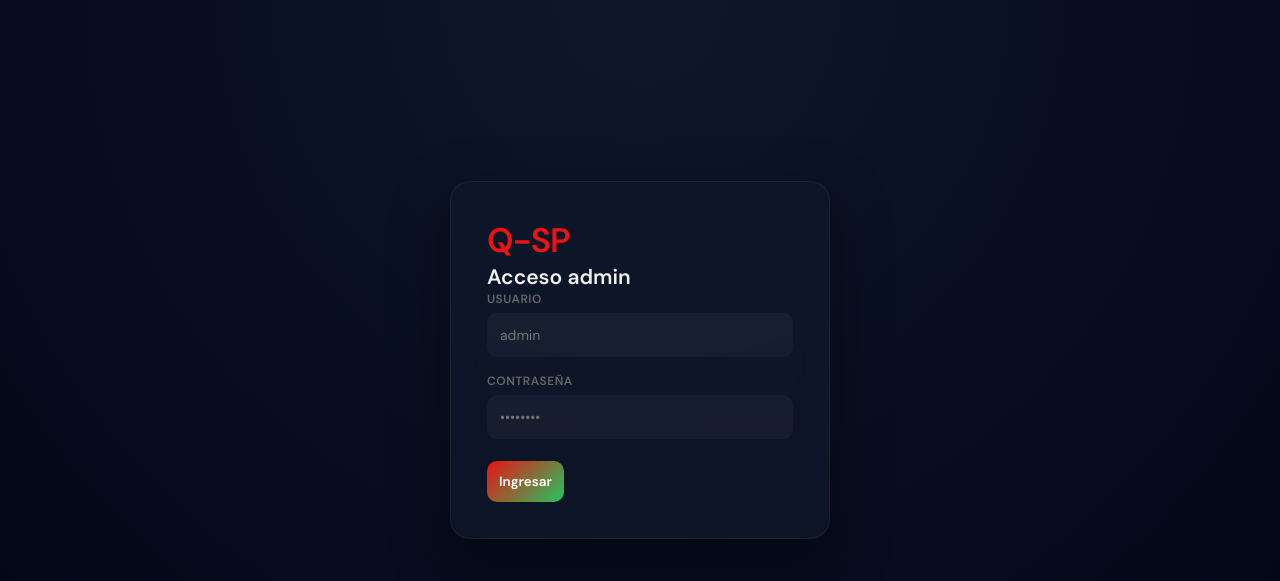
Repository: JhonnyDiaz4753/Admin_Q_sopa
Page: /categorias
The author's editor kept a copy of each file at every save. The page is drawn from the files as they stood at one save, then again after the next save.
The browser window is 1280 px wide. The pictures show the whole page.
The project was rebuilt for these pictures with package versions that can differ from the ones it lists, and the page was loaded fresh each time. Also part of the build but not shown: vite.config.js, src/components/Sidebar/Sidebar.css, src/components/Sidebar/Sidebar.jsx, src/components/Topbar/Topbar.css, src/components/Topbar/Topbar.jsx, src/components/AdminLayout.css, src/components/AdminLayout.jsx, src/components/Dashboard/Dashboard.css and 11 more.

Above is the page before, as saved 2026-03-18 15:03:01.

### index.html
<!doctype html>
<html lang="en">
  <head>
    <meta charset="UTF-8" />
    <link rel="icon" type="image/svg+xml" href="src/assets/logo_Q-spoa.jpg" />
    <meta name="viewport" content="width=device-width, initial-scale=1.0" />
    <title>admin-q-sopa</title>
    <!-- Material Symbols -->
    <link
      href="https://fonts.googleapis.com/css2?family=Material+Symbols+Outlined:opsz,wght,FILL,GRAD@20..48,100..700,0..1,-50..200"
      rel="stylesheet"
    />
    <!-- Google Fonts -->
    <link
      href="https://fonts.googleapis.com/css2?family=DM+Sans:wght@300;400;500;600&family=DM+Mono:wght@400;500&display=swap"
      rel="stylesheet"
    />
  </head>
  <body>
    <div id="root"></div>
    <script type="module" src="/src/main.jsx"></script>
  </body>
</html>

### src/main.jsx
import { StrictMode } from 'react'
import { createRoot } from 'react-dom/client'
import "./index.css"
import "./theme.css"
import App from './App.jsx'

createRoot(document.getElementById('root')).render(
  <StrictMode>
    <App />
  </StrictMode>,
)

### src/index.css
/* Reset limpio — todo lo maneja theme.css */
*, *::before, *::after {
  box-sizing: border-box;
  margin: 0;
  padding: 0;
}

### src/theme.css

:root {
  --accent:          #ec1313;
  --accent-hover:    #c40b0b;
  --accent-soft:     rgba(236,19,19,0.10);
  --accent-glow:     rgba(236,19,19,0.25);

  --bg-page:         #0f0f0f;
  --bg-sidebar:      #141414;
  --bg-card:         #1a1a1a;
  --bg-element:      #222222;
  --bg-input:        #1e1e1e;

  --border:          #2a2a2a;
  --border-light:    #333333;

  --text-1:          #f0f0f0;
  --text-2:          #aaaaaa;
  --text-3:          #666666;

  --success:         #22c55e;
  --warning:         #f59e0b;
  --info:            #3b82f6;

  --sidebar-w:       240px;
  --topbar-h:        64px;
  --radius:          10px;
  --radius-lg:       16px;

  --font-main:       'DM Sans', sans-serif;
  --font-mono:       'DM Mono', monospace;

  --transition:      background-color 0.25s ease, color 0.25s ease, border-color 0.25s ease;
}

html.light {
  --bg-page:         #f2f2f0;
  --bg-sidebar:      #ffffff;
  --bg-card:         #ffffff;
  --bg-element:      #f0f0ee;
  --bg-input:        #f7f7f5;

  --border:          #e5e5e0;
  --border-light:    #d8d8d3;

  --text-1:          #111111;
  --text-2:          #555555;
  --text-3:          #999999;
}

*, *::before, *::after {
  box-sizing: border-box;
  margin: 0;
  padding: 0;
  transition: var(--transition);
}

body {
  font-family: var(--font-main);
  background: var(--bg-page);
  color: var(--text-1);
  min-height: 100vh;
  font-size: 14px;
  -webkit-font-smoothing: antialiased;
}

#root {

  min-height: 100vh;
}

button { font-family: var(--font-main); cursor: pointer; }
input, select, textarea { font-family: var(--font-main); }
a { text-decoration: none; color: inherit; }

### src/App.jsx
import { useState } from "react";
import { BrowserRouter, Routes, Route } from "react-router-dom";
import "./theme.css";
import AdminLayout  from "./components/AdminLayout";
import Dashboard    from "./components/Dashboard/Dashboard";
import Categorias   from "./components/Categorias/Categorias";
import Productos    from "./components/Productos/Productos";
import Ingredientes from "./components/Ingredientes/Ingredientes";
import POS          from "./components/POS/POS";
import Ventas       from "./components/Ventas/Ventas";
import Login        from "./components/Login/Login";
import { ToastContainer } from "react-toastify";
import { useTheme } from "./hooks/useTheme";

function App() {
  const { theme } = useTheme();

  // Verifica si ya hay token guardado al cargar la app
  const [auth, setAuth] = useState(
    () => !!localStorage.getItem("admin-token")
  );

  const handleLogin = () => setAuth(true);

  const handleLogout = () => {
    localStorage.removeItem("admin-token");
    setAuth(false);
  };

  // Si no está autenticado → pantalla de login
  if (!auth) {
    return (
      <>
        <ToastContainer
          position="bottom-right"
          autoClose={3000}
          hideProgressBar={false}
          newestOnTop
          closeOnClick
          pauseOnHover
          theme={theme}
        />
        <Login onLogin={handleLogin} />
      </>
    );
  }

  // Si está autenticado → app completa
  return (
    <BrowserRouter>
      <ToastContainer
        position="bottom-right"
        autoClose={3000}
        hideProgressBar={false}
        newestOnTop
        closeOnClick
        pauseOnHover
        theme={theme}
      />
      <Routes>
        <Route element={<AdminLayout onLogout={handleLogout} />}>
          <Route index               element={<Dashboard />}    />
          <Route path="pos"          element={<POS />}          />
          <Route path="productos"    element={<Productos />}    />
          <Route path="categorias"   element={<Categorias />}   />
          <Route path="ingredientes" element={<Ingredientes />} />
          <Route path="ventas"       element={<Ventas />}       />
        </Route>
      </Routes>
    </BrowserRouter>
  );
}

export default App;

### src/components/Login/Login.jsx
import { useState } from "react";
import { login } from "../../services/api";
import "./Login.css";

export default function Login({ onLogin }) {
  const [form,  setForm]  = useState({ username: "", password: "" });
  const [error, setError] = useState(null);
  const [loading, setLoading] = useState(false);

  const handleSubmit = async e => {
    e.preventDefault();
    setLoading(true);
    setError(null);
    try {
      const data = await login(form.username, form.password);
      if (data.token) {
        localStorage.setItem("admin-token", data.token);
        onLogin();
      } else {
        setError(data.error ?? "Credenciales inválidas");
      }
    } catch {
      setError("Error de conexión");
    } finally {
      setLoading(false);
    }
  };

  return (
    <div className="login-wrapper">
      <div className="login-card">
        <div className="login-brand">Q-SP</div>
        <h2 className="login-title">Acceso admin</h2>
        <form onSubmit={handleSubmit}>
          <div className="form-group">
            <label className="form-label">Usuario</label>
            <input className="form-input" required
              value={form.username}
              onChange={e => setForm(f => ({ ...f, username: e.target.value }))}
              placeholder="admin" />
          </div>
          <div className="form-group">
            <label className="form-label">Contraseña</label>
            <input className="form-input" type="password" required
              value={form.password}
              onChange={e => setForm(f => ({ ...f, password: e.target.value }))}
              placeholder="••••••••" />
          </div>
          {error && <p className="login-error">{error}</p>}
          <button className="btn btn-primary login-btn" disabled={loading}>
            {loading ? "Verificando..." : "Ingresar"}
          </button>
        </form>
      </div>
    </div>
  );
}

### src/hooks/useTheme.js
import { useState, useEffect } from "react";

export function useTheme() {
  const [theme, setTheme] = useState(
    () => localStorage.getItem("admin-theme") ?? "dark"
  );

  useEffect(() => {
    document.documentElement.classList.toggle("light", theme === "light");
    localStorage.setItem("admin-theme", theme);
  }, [theme]);

  const toggle = () => setTheme(t => t === "dark" ? "light" : "dark");

  return { theme, toggle };
}

### src/services/api.js
const BASE = "https://apiqsp-production.up.railway.app";

const getToken = () => localStorage.getItem("admin-token");

// ── Un solo sistema de fetch que siempre envía el token ──────
const req = async (url, opts = {}) => {
  const res = await fetch(`${BASE}${url}`, {
    ...opts,
    headers: {
      "Content-Type": "application/json",
      ...(getToken() && { Authorization: `Bearer ${getToken()}` }),
      ...opts.headers,
    },
  });

  if (res.status === 401) {
    localStorage.removeItem("admin-token");
    window.location.href = "/";
    throw new Error("No autorizado");
  }

  if (!res.ok) throw new Error(res.statusText);

  const text = await res.text();
  return text ? JSON.parse(text) : true;
};

const get  = url         => req(url);
const post = (url, body) => req(url, { method: "POST",   body: JSON.stringify(body) });
const put  = (url, body) => req(url, { method: "PUT",    body: JSON.stringify(body) });
const del  = url         => req(url, { method: "DELETE" });

// ── Auth (sin token) ─────────────────────────────────────────
export const login = (username, password) =>
  fetch(`${BASE}/api/auth/login`, {
    method: "POST",
    headers: { "Content-Type": "application/json" },
    body: JSON.stringify({ username, password }),
  }).then(r => r.json());

// ── Categorías ───────────────────────────────────────────────
export const getCategories  = ()      => get("/categories");
export const createCategory = data    => post("/categories", data);
export const updateCategory = (id, d) => put(`/categories/${id}`, d);
export const deleteCategory = id      => del(`/categories/${id}`);

// ── Productos ────────────────────────────────────────────────
export const getProducts           = ()      => get("/products");
export const getProductsByCategory = id      => get(`/products/category/${id}`);
export const createProduct         = data    => post("/products", data);
export const updateProduct         = (id, d) => put(`/products/${id}`, d);
export const deleteProduct         = id      => del(`/products/${id}`);
export const getProductById        = id      => get(`/products/${id}`);

// ── Ingredientes globales ────────────────────────────────────
export const getIngredientsList = ()      => get("/ingredients");
export const createIngredient   = data    => post("/ingredients", data);
export const updateIngredient   = (id, d) => put(`/ingredients/${id}`, d);
export const deleteIngredient   = id      => del(`/ingredients/${id}`);

// ── Ingredientes por producto ────────────────────────────────
export const getProductIngredients   = prodId      => get(`/products/${prodId}/ingredients`);
export const addProductIngredient    = (prodId, d) => post(`/products/${prodId}/ingredients`, d);
export const removeProductIngredient = (prodId, id)=> del(`/products/${prodId}/ingredients/${id}`);

// ── Ventas ───────────────────────────────────────────────────
export const getSales    = ()    => get("/api/sales");
export const getSaleById = id    => get(`/api/sales/${id}`);
export const createSale  = data  => post("/api/sales", data);

// ── Dashboard ────────────────────────────────────────────────
export const getDashboardStats    = () => get("/api/dashboard/stats");
export const getWeeklyData        = () => get("/api/dashboard/weekly");
export const getMonthComparison   = () => get("/api/dashboard/comparison");
export const getRevenueByCategory = () => get("/api/dashboard/by-category");

### src/components/shared/Modal.css
.modal-overlay {
  position: fixed; inset: 0;
  background: rgba(0,0,0,0.7);
  backdrop-filter: blur(4px);
  z-index: 200;
  display: flex; align-items: center; justify-content: center;
  padding: 20px;
  animation: fadeIn 0.15s ease;
}
@keyframes fadeIn { from { opacity: 0; } to { opacity: 1; } }

.modal-box {
  background: var(--bg-card);
  border: 1px solid var(--border-light);
  border-radius: var(--radius-lg);
  width: 100%; max-width: 480px;
  max-height: 90vh; overflow-y: auto;
  scrollbar-width: none;
  animation: slideUp 0.2s cubic-bezier(0.34,1.56,0.64,1);
}
.modal-box::-webkit-scrollbar { display: none; }
@keyframes slideUp {
  from { opacity: 0; transform: scale(0.94) translateY(16px); }
  to   { opacity: 1; transform: scale(1) translateY(0); }
}

.modal-header {
  display: flex; align-items: center; justify-content: space-between;
  padding: 20px 24px 16px;
  border-bottom: 1px solid var(--border);
}
.modal-title { font-size: 16px; font-weight: 600; color: var(--text-1); }
.modal-close {
  width: 32px; height: 32px; border-radius: 50%;
  background: var(--bg-element); border: none;
  color: var(--text-2); display: flex; align-items: center; justify-content: center;
  transition: all 0.2s;
}
.modal-close:hover { background: var(--accent); color: white; transform: rotate(90deg); }
.modal-close .material-symbols-outlined { font-size: 18px; }

.modal-body { padding: 20px 24px 24px; }

/* Form styles reutilizables */
.form-group {
  display: flex; flex-direction: column; gap: 6px;
  margin-bottom: 16px;
}
.form-group:last-child { margin-bottom: 0; }
.form-label {
  font-size: 12px; font-weight: 600;
  color: var(--text-2); text-transform: uppercase; letter-spacing: 0.5px;
}
.form-input, .form-select, .form-textarea {
  background: var(--bg-input);
  border: 1px solid var(--border);
  border-radius: var(--radius);
  padding: 10px 12px;
  color: var(--text-1);
  font-size: 14px;
  outline: none;
  transition: border-color 0.2s;
  width: 100%;
}
.form-input:focus, .form-select:focus, .form-textarea:focus {
  border-color: var(--accent);
}
.form-textarea { resize: vertical; min-height: 80px; }
.form-select option { background: var(--bg-card); }

.form-row { display: grid; grid-template-columns: 1fr 1fr; gap: 12px; }

.form-toggle {
  display: flex; align-items: center; gap: 10px;
  padding: 10px 0;
}
.toggle-switch {
  position: relative; width: 40px; height: 22px;
}
.toggle-switch input { opacity: 0; width: 0; height: 0; }
.toggle-slider {
  position: absolute; inset: 0;
  background: var(--bg-element);
  border: 1px solid var(--border);
  border-radius: 22px;
  cursor: pointer;
  transition: 0.2s;
}
.toggle-slider::before {
  content: "";
  position: absolute;
  width: 16px; height: 16px;
  left: 2px; top: 2px;
  background: var(--text-3);
  border-radius: 50%;
  transition: 0.2s;
}
.toggle-switch input:checked + .toggle-slider { background: var(--accent); border-color: var(--accent); }
.toggle-switch input:checked + .toggle-slider::before { transform: translateX(18px); background: white; }
.toggle-label { font-size: 14px; color: var(--text-1); }

.form-actions {
  display: flex; gap: 10px; justify-content: flex-end;
  margin-top: 20px; padding-top: 16px;
  border-top: 1px solid var(--border);
}
.btn { padding: 9px 20px; border-radius: var(--radius); font-size: 13.5px; font-weight: 500; border: none; transition: all 0.2s; }
.btn-primary { background: var(--accent); color: white; }
.btn-primary:hover { background: var(--accent-hover); }
.btn-secondary { background: var(--bg-element); color: var(--text-1); border: 1px solid var(--border); }
.btn-secondary:hover { border-color: var(--border-light); }
.btn-danger { background: rgba(239,68,68,0.1); color: #ef4444; border: 1px solid rgba(239,68,68,0.2); }
.btn-danger:hover { background: #ef4444; color: white; }

### src/components/Login/Login.css
.login-wrapper {
  min-height: 100vh;
  background: radial-gradient(circle at top, #0f172a, #020617);
  display: flex;
  align-items: center;
  justify-content: center;
  padding: 20px;
}

/* CARD */
.login-card {
  background: rgba(15, 23, 42, 0.75);
  backdrop-filter: blur(16px);
  border: 1px solid rgba(255,255,255,0.06);
  border-radius: 20px;
  padding: 36px;
  width: 100%;
  max-width: 380px;
  box-shadow: 0 20px 60px rgba(0,0,0,0.4);
  animation: fadeUp 0.4s ease;
}

@keyframes fadeUp {
  from { opacity: 0; transform: translateY(25px); }
  to   { opacity: 1; transform: translateY(0); }
}

/* HEADER */
.login-header {
  text-align: center;
  margin-bottom: 24px;
}

.login-brand {
  font-size: 34px;
  font-weight: 800;
  color: var(--accent);
  letter-spacing: -1px;
}

.login-subtitle {
  font-size: 13px;
  color: var(--text-3);
}

/* FORM */
.login-form {
  display: flex;
  flex-direction: column;
  gap: 16px;
}

/* INPUTS */
.form-group {
  display: flex;
  flex-direction: column;
  gap: 6px;
}

.form-group label {
  font-size: 12px;
  color: var(--text-3);
}

.form-group input {
  background: rgba(255,255,255,0.04);
  border: 1px solid transparent;
  border-radius: 10px;
  padding: 12px;
  color: var(--text-1);
  font-size: 14px;
  outline: none;
  transition: all 0.2s;
}

.form-group input:focus {
  border: 1px solid var(--accent);
  box-shadow: 0 0 0 3px rgba(34,197,94,0.15);
}

/* ERROR */
.login-error {
  background: rgba(239, 68, 68, 0.12);
  border: 1px solid rgba(239, 68, 68, 0.3);
  padding: 10px;
  border-radius: 10px;
  font-size: 13px;
  color: #ef4444;
}

/* BUTTON */
.login-btn {
  margin-top: 6px;
  padding: 12px;
  border: none;
  border-radius: 10px;
  background: linear-gradient(135deg, var(--accent), #22c55e);
  color: white;
  font-weight: 600;
  cursor: pointer;
  transition: all 0.2s;
}

.login-btn:hover:not(:disabled) {
  transform: translateY(-1px);
  box-shadow: 0 8px 20px rgba(34,197,94,0.3);
}

.login-btn:disabled {
  opacity: 0.5;
  cursor: not-allowed;
}

After the next save:
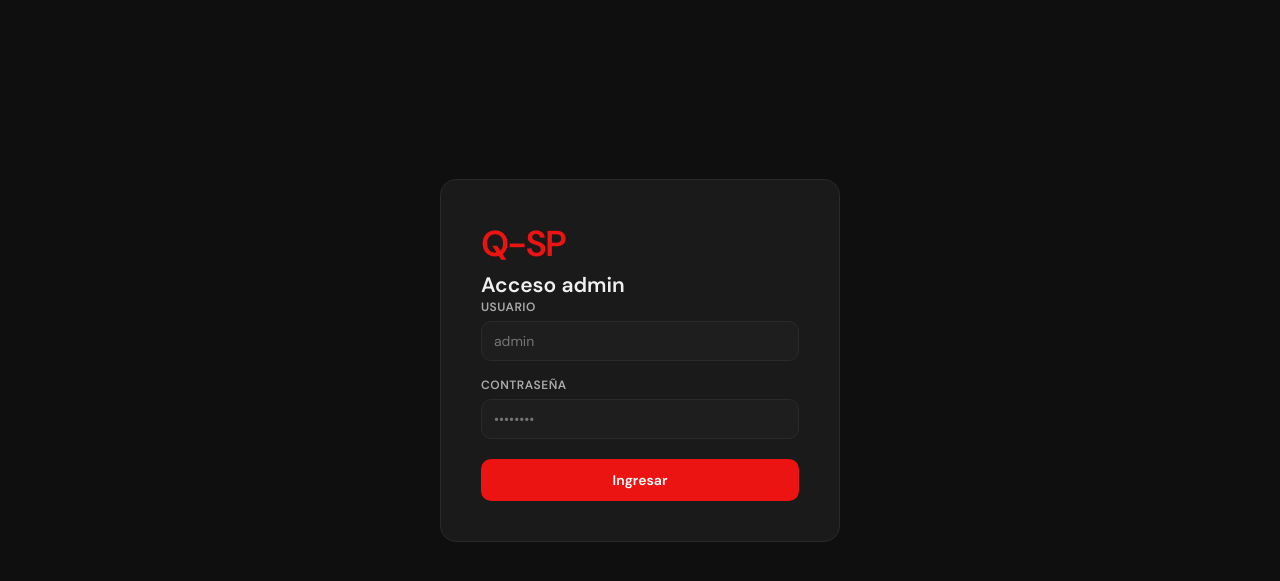
Saved 4 s later.
--- a/src/components/Login/Login.css
+++ b/src/components/Login/Login.css
@@ -1,112 +1,76 @@
 .login-wrapper {
   min-height: 100vh;
-  background: radial-gradient(circle at top, #0f172a, #020617);
+  background: var(--bg-page);
   display: flex;
   align-items: center;
   justify-content: center;
   padding: 20px;
 }
 
-/* CARD */
 .login-card {
-  background: rgba(15, 23, 42, 0.75);
-  backdrop-filter: blur(16px);
-  border: 1px solid rgba(255,255,255,0.06);
-  border-radius: 20px;
-  padding: 36px;
+  background: var(--bg-card);
+  border: 1px solid var(--border);
+  border-radius: var(--radius-lg);
+  padding: 40px;
   width: 100%;
-  max-width: 380px;
-  box-shadow: 0 20px 60px rgba(0,0,0,0.4);
-  animation: fadeUp 0.4s ease;
+  max-width: 400px;
+  animation: slideUp 0.3s cubic-bezier(0.34, 1.56, 0.64, 1);
 }
 
-@keyframes fadeUp {
-  from { opacity: 0; transform: translateY(25px); }
+@keyframes slideUp {
+  from { opacity: 0; transform: translateY(20px); }
   to   { opacity: 1; transform: translateY(0); }
 }
 
-/* HEADER */
-.login-header {
-  text-align: center;
-  margin-bottom: 24px;
-}
-
 .login-brand {
-  font-size: 34px;
+  font-size: 36px;
   font-weight: 800;
   color: var(--accent);
-  letter-spacing: -1px;
+  letter-spacing: -2px;
+  margin-bottom: 4px;
 }
 
 .login-subtitle {
   font-size: 13px;
   color: var(--text-3);
+  margin-bottom: 28px;
 }
 
-/* FORM */
 .login-form {
   display: flex;
   flex-direction: column;
   gap: 16px;
 }
 
-/* INPUTS */
-.form-group {
+.login-error {
   display: flex;
-  flex-direction: column;
-  gap: 6px;
+  align-items: center;
+  gap: 8px;
+  background: rgba(239, 68, 68, 0.1);
+  border: 1px solid rgba(239, 68, 68, 0.2);
+  border-radius: var(--radius);
+  padding: 10px 12px;
+  color: #ef4444;
+  font-size: 13px;
 }
+.login-error .material-symbols-outlined { font-size: 18px; flex-shrink: 0; }
 
-.form-group label {
-  font-size: 12px;
-  color: var(--text-3);
-}
-
-.form-group input {
-  background: rgba(255,255,255,0.04);
-  border: 1px solid transparent;
-  border-radius: 10px;
+.login-btn {
+  width: 100%;
   padding: 12px;
-  color: var(--text-1);
+  background: var(--accent);
+  border: none;
+  border-radius: var(--radius);
+  color: white;
   font-size: 14px;
-  outline: none;
+  font-weight: 600;
+  font-family: var(--font-main);
+  cursor: pointer;
+  margin-top: 4px;
   transition: all 0.2s;
 }
-
-.form-group input:focus {
-  border: 1px solid var(--accent);
-  box-shadow: 0 0 0 3px rgba(34,197,94,0.15);
+.login-btn:hover:not(:disabled) {
+  background: var(--accent-hover);
+  transform: translateY(-1px);
 }
-
-/* ERROR */
-.login-error {
-  background: rgba(239, 68, 68, 0.12);
-  border: 1px solid rgba(239, 68, 68, 0.3);
-  padding: 10px;
-  border-radius: 10px;
-  font-size: 13px;
-  color: #ef4444;
-}
-
-/* BUTTON */
-.login-btn {
-  margin-top: 6px;
-  padding: 12px;
-  border: none;
-  border-radius: 10px;
-  background: linear-gradient(135deg, var(--accent), #22c55e);
-  color: white;
-  font-weight: 600;
-  cursor: pointer;
-  transition: all 0.2s;
-}
-
-.login-btn:hover:not(:disabled) {
-  transform: translateY(-1px);
-  box-shadow: 0 8px 20px rgba(34,197,94,0.3);
-}
-
-.login-btn:disabled {
-  opacity: 0.5;
-  cursor: not-allowed;
-}
+.login-btn:disabled { opacity: 0.5; cursor: not-allowed; }
